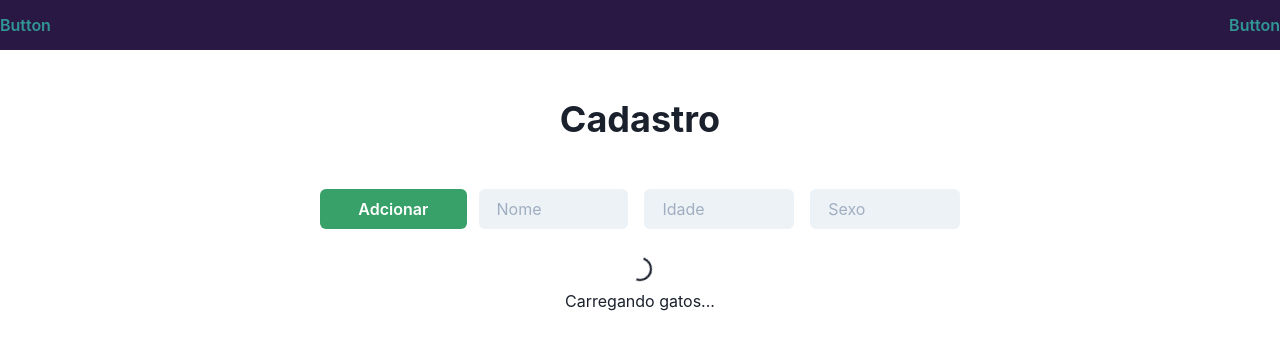
Repository: thislucasme/front-end-cats-react.js
Page: /cadastro
These files come from the project's save history. The page is drawn as it stood at one moment and after the next save; the edit follows.
The browser window is 1280 px wide. The pictures show the whole page.
The page's requests for data from a server got no answer. The project was rebuilt for these pictures with package versions that can differ from the ones it lists, and the page was loaded fresh each time. No one was signed in, and anything a server would have sent is missing.

Above is the page before, as saved 2021-10-27 15:54:18.

After the next save:
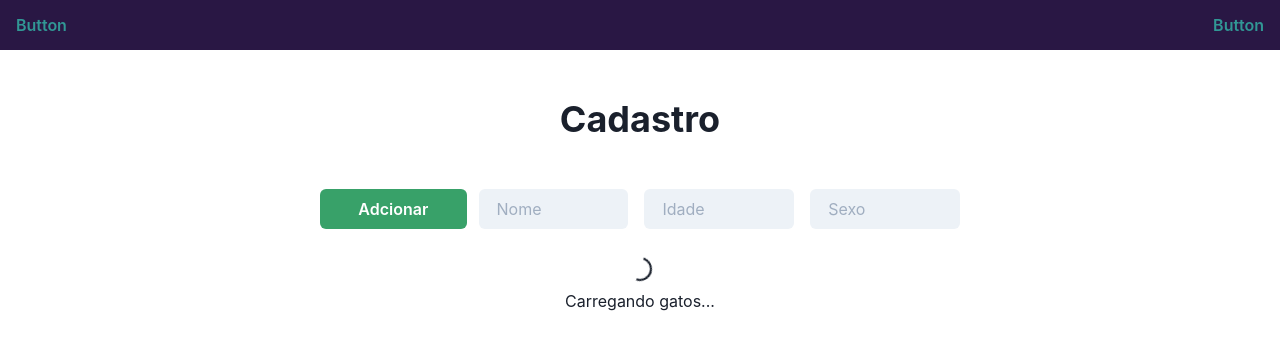
Saved 8 s later.
--- a/src/components/menu.tsx
+++ b/src/components/menu.tsx
@@ -3,7 +3,7 @@ import React from "react";
 export const Menu = () => {
 	return (
 		<>
-			<Flex h={"50"} bg={"#291744"} w={"full"}>
+			<Flex p={4} h={"50"} bg={"#291744"} w={"full"}>
 				<Button colorScheme="teal" variant="link">
 					Button
 				</Button>
